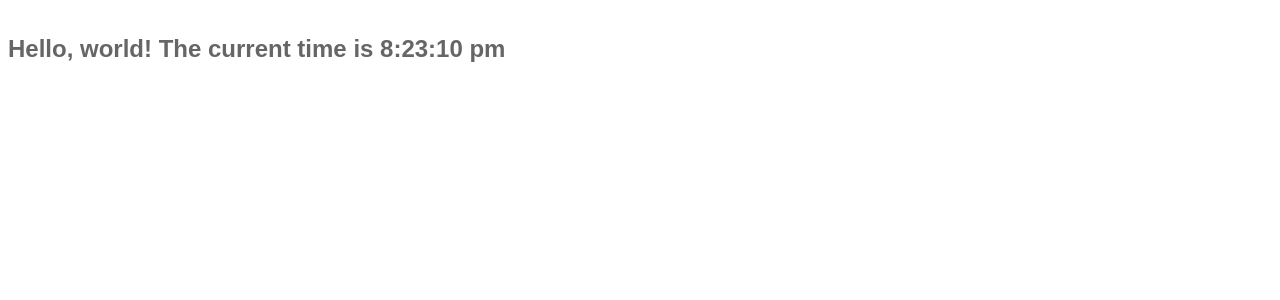
Repository: hhugohm/php_basic
Page: http://localhost/src/hello_with_time.php
These files come from the project's save history. The page is drawn as it stood at one moment and after the next save; the edit follows.
The browser window is 1280 px wide. The pictures show the whole page.
The page is run by PHP 8.4 with error messages shown; the project is at /var/www/html/.

Above is the page before, as saved 2017-06-08 20:59:07.

After the next save:
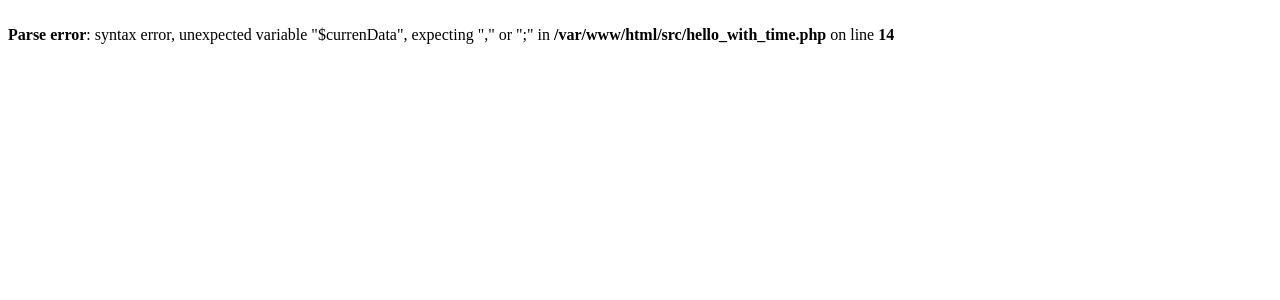
Saved 10 min 32 s later.
--- a/php_unidad2/src/hello_with_time.php
+++ b/php_unidad2/src/hello_with_time.php
@@ -9,7 +9,9 @@
     <h1>
 <?php
 $currentTime = date( "g:i:s a" );
+$currenData = date("M:j,Y");
 echo "Hello, world! The current time is $currentTime";
+echo "La fecha actual es: " $currenData;
 ?>
     </h1>
   </body>

After the save that followed:
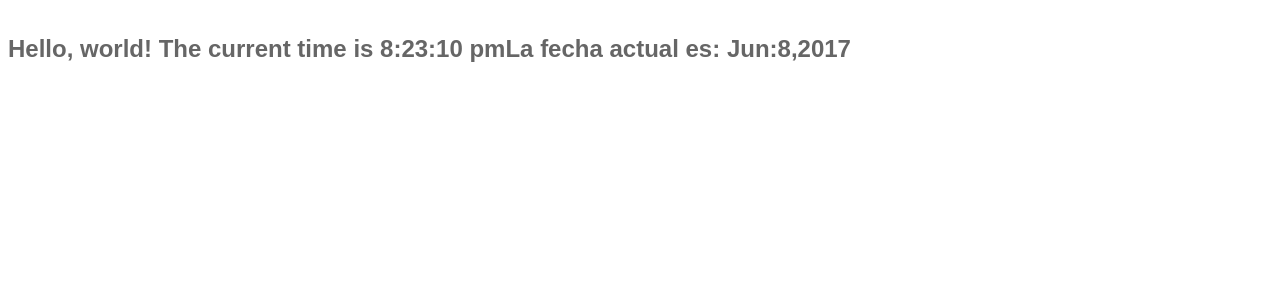
Saved 30 s later.
--- a/php_unidad2/src/hello_with_time.php
+++ b/php_unidad2/src/hello_with_time.php
@@ -11,7 +11,7 @@
 $currentTime = date( "g:i:s a" );
 $currenData = date("M:j,Y");
 echo "Hello, world! The current time is $currentTime";
-echo "La fecha actual es: " $currenData;
+echo "La fecha actual es:  $currenData";
 ?>
     </h1>
   </body>
